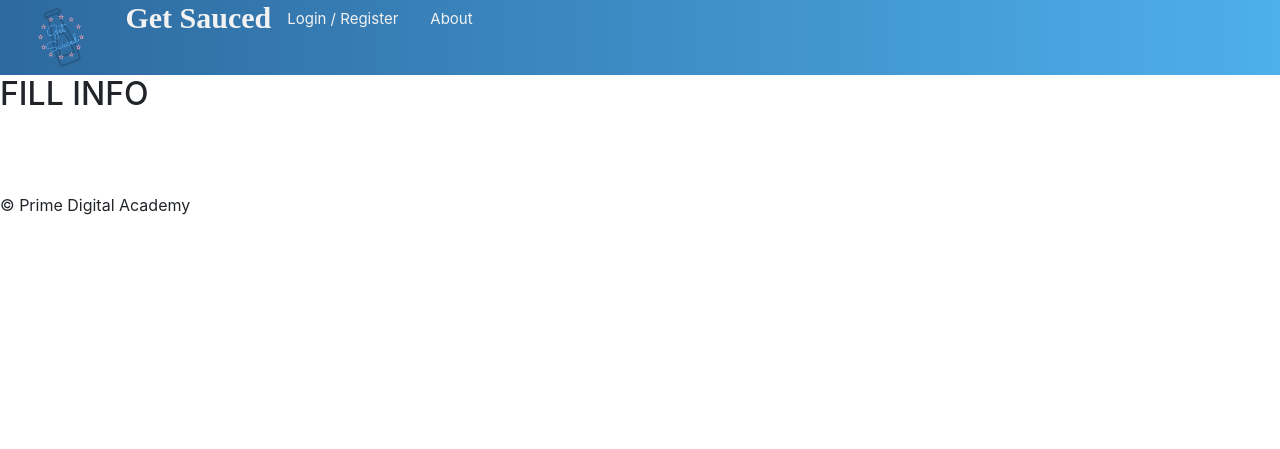
Repository: cossalter18/getSauced
Page: /#/about
These files come from the project's save history. The page is drawn as it stood at one moment and after a run of saves; the edit follows.
The browser window is 1280 px wide. The pictures show the whole page.
The page's requests for data from a server got no answer. The project was rebuilt for these pictures with package versions that can differ from the ones it lists, and the page was loaded fresh each time. No one was signed in, and anything a server would have sent is missing. Also part of the build but not shown: src/components/LogOutButton/LogOutButton.js, src/components/LoginPage/LoginPage.js, src/components/RegisterPage/RegisterPage.js, src/components/ProtectedRoute/ProtectedRoute.js, src/components/AboutPage/AboutPage.css, src/components/UserPage/UserPage.js, src/components/BlogPost/BlogPost.js, src/components/NewPost/NewPost.css and 9 more.

Above is the page before, as saved 2020-06-03 10:00:18.

### src/index.js
import React from 'react';
import ReactDOM from 'react-dom';
import { createStore, applyMiddleware } from 'redux';
import { Provider } from 'react-redux';
import createSagaMiddleware from 'redux-saga';
import logger from 'redux-logger';

import rootReducer from './redux/reducers'; // imports ./redux/reducers/index.js
import rootSaga from './redux/sagas'; // imports ./redux/sagas/index.js

import App from './components/App/App';

import '../node_modules/bootstrap/dist/css/bootstrap.min.css'

const sagaMiddleware = createSagaMiddleware();

// this line creates an array of all of redux middleware you want to use
// we don't want a whole ton of console logs in our production code
// logger will only be added to your project if your in development mode
const middlewareList = process.env.NODE_ENV === 'development' ?
  [sagaMiddleware, logger] :
  [sagaMiddleware];

const store = createStore(
  // tells the saga middleware to use the rootReducer
  // rootSaga contains all of our other reducers
  rootReducer,
  // adds all middleware to our project including saga and logger
  applyMiddleware(...middlewareList),
);

// tells the saga middleware to use the rootSaga
// rootSaga contains all of our other sagas
sagaMiddleware.run(rootSaga);

ReactDOM.render(
  <Provider store={store}>
    <App />
  </Provider>,
  document.getElementById('react-root'),
);

### src/redux/reducers/index.js
import { combineReducers } from 'redux';
import errors from './errorsReducer';
import loginMode from './loginModeReducer';
import user from './userReducer';
import threadReducer from './threadsReducer'
import {reducer as formReducer} from 'redux-form'
import favoritesReducer from './favoritesReducer'
import getDetailsReducer from './getDetailsReducer'
import randomReducer from './randomReducer'

// rootReducer is the primary reducer for our entire project
// It bundles up all of the other reducers so our project can use them.
// This is imported in index.js as rootSaga

// Lets make a bigger object for our store, with the objects from our reducers.
// This is what we get when we use 'state' inside of 'mapStateToProps'
const rootReducer = combineReducers({
  errors, // contains registrationMessage and loginMessage
  loginMode, // will have a value of 'login' or 'registration' to control which screen is shown
  user, // will have an id and username if someone is logged in
  threadReducer,
  formReducer,
  favoritesReducer,
  getDetailsReducer,
  randomReducer
});

export default rootReducer;

### src/redux/sagas/index.js
import { all } from 'redux-saga/effects';
import loginSaga from './loginSaga';
import registrationSaga from './registrationSaga';
import userSaga from './userSaga';
import getThreadSaga from './getThreadsSaga'
import newPostSaga from './newPostSaga'
import deleteSaga from './deleteSaga'
import getFavoritesSaga from './getFavoritesSaga'
import getDetailsSaga from './getDetailsSaga'
import updatePostSaga from './updatePostSaga'
import addFavoritesSaga from './addFavoritesSaga'
import getRandomSaga from './getRandom'
// rootSaga is the primary saga.
// It bundles up all of the other sagas so our project can use them.
// This is imported in index.js as rootSaga

// some sagas trigger other sagas, as an example
// the registration triggers a login
// and login triggers setting the user
export default function* rootSaga() {
  yield all([
    loginSaga(),
    registrationSaga(),
    userSaga(),
    getThreadSaga(),
    newPostSaga(),
    deleteSaga(),
    getFavoritesSaga(),
    getDetailsSaga(),
    updatePostSaga(),
    addFavoritesSaga(),
    getRandomSaga()
  ]);
}

### src/components/App/App.js
import React, {Component} from 'react';
import {
  HashRouter as Router,
  Route,
  Redirect,
  Switch,
} from 'react-router-dom';

import {connect} from 'react-redux';

import Nav from '../Nav/Nav';
import Footer from '../Footer/Footer';

import ProtectedRoute from '../ProtectedRoute/ProtectedRoute'

import AboutPage from '../AboutPage/AboutPage';
import UserPage from '../UserPage/UserPage';
import BlogPost from '../BlogPost/BlogPost';
import NewPost from '../NewPost/NewPost'
import UserFav from '../UserFav/UserFav'
import Profile from '../Profile/Profile'
import BlogInfo from '../BlogInfo/BlogInfo'
import Edit from '../Edit/Edit'

import './App.css';

class App extends Component {
  componentDidMount () {
    this.props.dispatch({type: 'FETCH_USER'})
  }

  render() {
    return (
      <Router>
        <div>
          <Nav />
          <Switch>
            {/* Visiting localhost:3000 will redirect to localhost:3000/home */}
            <Redirect exact from="/" to="/home" />
            {/* Visiting localhost:3000/about will show the about page.
            This is a route anyone can see, no login necessary */}
            <Route
              exact
              path="/about"
              component={AboutPage}
            />

            {/* For protected routes, the view could show one of several things on the same route.
            Visiting localhost:3000/home will show the UserPage if the user is logged in.
            If the user is not logged in, the ProtectedRoute will show the 'Login' or 'Register' page.
            Even though it seems like they are different pages, the user is always on localhost:3000/home */}
            <ProtectedRoute
              exact
              path="/home"
              component={UserPage}
            />
            {/* This works the same as the other protected route, except that if the user is logged in,
            they will see the info page instead. */}
            <ProtectedRoute
              exact
              path="/info"
              component={BlogPost}
            />
            <ProtectedRoute
            exact
            path="/favorite"
            component={UserFav}
            />
            <ProtectedRoute
            exact
            path="/new"
            component={NewPost}
            />
            <ProtectedRoute
            exact
            path="/profile"
            component={Profile}
            />
            <ProtectedRoute
            exact
            path="/blog/:id"
            render={({item})=> <BlogInfo item={item} />}
            component={BlogInfo}
            />
            <ProtectedRoute
            path="/edit/:id"
            component={Edit}
            />
            {/* If none of the other routes matched, we will show a 404. */}
            <Route render={() => <h1>404</h1>} />
          </Switch>
          <Footer />
        </div>
      </Router>
  )}
}

export default connect()(App);

### src/redux/reducers/errorsReducer.js
import { combineReducers } from 'redux';

// loginMessage holds the string that will display
// on the login screen if there's an error
const loginMessage = (state = '', action) => {
  switch (action.type) {
    case 'CLEAR_LOGIN_ERROR':
      return '';
    case 'LOGIN_INPUT_ERROR':
      return 'Enter your username and password!';
    case 'LOGIN_FAILED':
      return 'Oops! The username and password didn\'t match. Try again!';
    case 'LOGIN_FAILED_NO_CODE':
      return 'Oops! Something went wrong! Is the server running?';
    default:
      return state;
  }
};

// registrationMessage holds the string that will display
// on the registration screen if there's an error
const registrationMessage = (state = '', action) => {
  switch (action.type) {
    case 'CLEAR_REGISTRATION_ERROR':
      return '';
    case 'REGISTRATION_INPUT_ERROR':
      return 'Choose a username and password!';
    case 'REGISTRATION_FAILED':
      return 'Oops! That didn\'t work. The username might already be taken. Try again!';
    default:
      return state;
  }
};

// make one object that has keys loginMessage, registrationMessage
// these will be on the redux state at:
// state.errors.loginMessage and state.errors.registrationMessage
export default combineReducers({
  loginMessage,
  registrationMessage,
});

### src/redux/reducers/threadsReducer.js
const threadsReducer = (state = [], action) => {
  switch (action.type) {
    case "SET_THREADS":
      return action.payload;
    default:
      return state;
  }
};

export default threadsReducer;

### src/redux/reducers/favoritesReducer.js
const favoritesReducer = (state = [], action) => {
    switch (action.type) {
        case "SET_FAVORITES":
            return action.payload;
        default:
            return state;
    }
};

export default favoritesReducer;

### src/redux/reducers/getDetailsReducer.js
const getDetailsReducer = (state = {}, action) => {
    switch (action.type) {
        case "SET_DETAILS":
            return action.payload[0];
        default:
            return state;
    }
};

export default getDetailsReducer;

### src/redux/reducers/randomReducer.js
const randomReducer = (state = [], action) => {
    switch (action.type) {
        case "SET_RANDOM":
            return action.payload;
        default:
            return state;
    }
};

export default randomReducer;

### src/redux/sagas/loginSaga.js
import { put, takeLatest } from 'redux-saga/effects';
import axios from 'axios';

// worker Saga: will be fired on "LOGIN" actions
function* loginUser(action) {
  try {
    // clear any existing error on the login page
    yield put({ type: 'CLEAR_LOGIN_ERROR' });

    const config = {
      headers: { 'Content-Type': 'application/json' },
      withCredentials: true,
    };

    // send the action.payload as the body
    // the config includes credentials which
    // allow the server session to recognize the user
    yield axios.post('/api/user/login', action.payload, config);

    // after the user has logged in
    // get the user information from the server
    yield put({type: 'FETCH_USER'});
  } catch (error) {
    console.log('Error with user login:', error);
    if (error.response.status === 401) {
      // The 401 is the error status sent from passport
      // if user isn't in the database or
      // if the username and password don't match in the database
      yield put({ type: 'LOGIN_FAILED' });
    } else {
      // Got an error that wasn't a 401
      // Could be anything, but most common cause is the server is not started
      yield put({ type: 'LOGIN_FAILED_NO_CODE' });
    }
  }
}

// worker Saga: will be fired on "LOGOUT" actions
function* logoutUser(action) {
  try {
    const config = {
      headers: { 'Content-Type': 'application/json' },
      withCredentials: true,
    };

    // the config includes credentials which
    // allow the server session to recognize the user
    // when the server recognizes the user session
    // it will end the session
    yield axios.post('/api/user/logout', config);

    // now that the session has ended on the server
    // remove the client-side user object to let
    // the client-side code know the user is logged out
    yield put({ type: 'UNSET_USER' });

  } catch (error) {
    console.log('Error with user logout:', error);
  }
}

function* loginSaga() {
  yield takeLatest('LOGIN', loginUser);
  yield takeLatest('LOGOUT', logoutUser);
}

export default loginSaga;

### src/redux/sagas/registrationSaga.js
import { put, takeLatest } from 'redux-saga/effects';
import axios from 'axios';

// worker Saga: will be fired on "REGISTER" actions
function* registerUser(action) {
  try {
    // clear any existing error on the registration page
    yield put({ type: 'CLEAR_REGISTRATION_ERROR' });

    // passes the username and password from the payload to the server
    yield axios.post('/api/user/register', action.payload);

    // automatically log a user in after registration
    yield put({ type: 'LOGIN', payload: action.payload });

    // set to 'login' mode so they see the login screen
    // after registration or after they log out
    yield put({type: 'SET_TO_LOGIN_MODE'});
  } catch (error) {
      console.log('Error with user registration:', error);
      yield put({type: 'REGISTRATION_FAILED'});
  }
}

function* registrationSaga() {
  yield takeLatest('REGISTER', registerUser);
}

export default registrationSaga;

### src/redux/sagas/userSaga.js
import axios from 'axios';
import { put, takeLatest } from 'redux-saga/effects';

// worker Saga: will be fired on "FETCH_USER" actions
function* fetchUser() {
  try {
    const config = {
      headers: { 'Content-Type': 'application/json' },
      withCredentials: true,
    };

    // the config includes credentials which
    // allow the server session to recognize the user
    // If a user is logged in, this will return their information
    // from the server session (req.user)
    const response = yield axios.get('/api/user', config);

    // now that the session has given us a user object
    // with an id and username set the client-side user object to let
    // the client-side code know the user is logged in
    yield put({ type: 'SET_USER', payload: response.data });
  } catch (error) {
    console.log('User get request failed', error);
  }
}

function* userSaga() {
  yield takeLatest('FETCH_USER', fetchUser);
}

export default userSaga;

### src/redux/sagas/getThreadsSaga.js
import axios from "axios";
import { put, takeEvery } from "redux-saga/effects";

function* getThreads() {
  try {
    const response = yield axios.get("/api/threads");
    console.log("++++++++++++++", response.data)
    yield put({ type: "SET_THREADS", payload: response.data });

  } catch (error) {
    console.log("Error in GET", error);
  }
}

function* threadSaga() {
  yield takeEvery("GET_THREADS", getThreads);
}

export default threadSaga;

### src/redux/sagas/newPostSaga.js
import axios from "axios";
import { put, takeEvery } from "redux-saga/effects";

function* addPost(action) {
  try {
   console.log("action.payload!!!!!!!!!!!!!", action.payload);
   const response = yield axios.post('/api/threads', action.payload);
   yield put({ type: "GET_THREADS"})

  }catch (error){
      console.log(error);
  }
}

function* newPostSaga() {
  yield takeEvery("NEW_POST", addPost);
}

export default newPostSaga;

//we are going to reuse SET_THREADS reducer

### src/redux/sagas/deleteSaga.js
import axios from "axios";
import { put, takeEvery } from "redux-saga/effects";

function* deletePost(action) {
    try {
        console.log('action.payload =======', action.payload);
        console.log('!!!!!!!!!!!!!!!!!!!!!', action);

        const response = yield axios.delete(`/api/threads/${action.payload}`)
        yield put ({type: "GET_THREADS", payload: response.data})
    } catch (error) {
        console.log("Error in DELETE!!!!!!!!!!!!!!", error);
    }
}

function* deleteSaga() {
    yield takeEvery("DELETE_POST", deletePost);
}

export default deleteSaga;

### src/redux/sagas/getFavoritesSaga.js
import axios from "axios";
import { put, takeEvery } from "redux-saga/effects";

function* getFavorites() {
  try {
    const response = yield axios.get("/api/favorites");
    console.log("!!! FAVORITES !!! ========>", response.data);
    yield put({ type: "SET_FAVORITES", payload: response.data });
  } catch (error) {
    console.log("Error in GET", error);
  }
}

function* getFavoritesSaga() {
  yield takeEvery("GET_FAVORITES", getFavorites);
}

export default getFavoritesSaga;

### src/redux/sagas/getDetailsSaga.js
import axios from "axios";
import { put, takeEvery } from "redux-saga/effects";

function* getDetail(action) {
    try {
        const id = action.payload
        const response = yield axios.get(`/api/threads/blog/${id}`);
        console.log("MADE IT TO getDetail SAGA!!!!!!")
        yield put({ type: "SET_DETAILS", payload: response.data });
    } catch (error) {
        console.log("Error in GET", error);
    }
}

function* getDetailsSaga() {
    yield takeEvery("GET_DETAILS", getDetail);
}

export default getDetailsSaga;

### src/redux/sagas/updatePostSaga.js
import axios from "axios";
import {put, takeEvery } from "redux-saga/effects";

function* updatePost(action) {
    console.log('UpdatePost!!!!!!!!!', action.payload);

    try {
        const response = yield axios.put(`/api/threads/${action.payload.id}`, action.payload)
        console.log('IN UPDATE POST PUT', response);
        // yield put ({type: 'SET_THREADS'})

    } catch (error) {
        console.log(error);
    }
}

function* updatePostSaga() {
    yield takeEvery("UPDATE_POST", updatePost);
}

export default updatePostSaga;

### src/redux/sagas/addFavoritesSaga.js
import axios from "axios";
import { put, takeEvery } from "redux-saga/effects";

function* addFavorites() {
    try {
        const response = yield axios.post("/api/favorites");
        console.log("!!! FAVORITES !!! ========>", response.data);
        yield put({ type: "SET_FAVORITES", payload: response.data });
    } catch (error) {
        console.log("Error in FAVORITES POST", error);
    }
}

function* addFavoritesSaga() {
    yield takeEvery("ADD_FAVORITES", addFavorites);
}

export default addFavoritesSaga;

### src/redux/sagas/getRandom.js
import axios from "axios";
import { put, takeEvery } from "redux-saga/effects";

//https://spoonacular-recipe-food-nutrition-v1.p.rapidapi.com/recipes/random

function* getRandom(action) {
    console.log("IN API REQUEST:", action)
    try {
        const response = yield axios({
            "method": "GET",
            "url": "https://spoonacular-recipe-food-nutrition-v1.p.rapidapi.com/recipes/random",
            "headers": {
                "content-type": "application/octet-stream",
                "x-rapidapi-host": "spoonacular-recipe-food-nutrition-v1.p.rapidapi.com",
                "x-rapidapi-key": "c31d4b7038mshacdc5b1ac5dafd5p11278fjsnc256fb5cf578",
                "useQueryString": true
            }, "params": {
                "number": "1",
                "tags": "sauce"
            }
        })
        yield put({ type: "SET_RANDOM", payload: response.data.recipes });
    } catch (error) {
        console.log("Error in GET", error);
    }
}

function* getRandomSaga() {
    yield takeEvery("GET_RANDOM", getRandom);
}

export default getRandomSaga;

### src/components/Nav/Nav.js
import React from "react";
import { Link } from "react-router-dom";
import { connect } from "react-redux";
import LogOutButton from "../LogOutButton/LogOutButton";
import "./Nav.css";

const Nav = (props) => (
  <div className="nav">
    <Link to="/home">
      <img className="logo" src="GetSauced.png" alt="logo" />
      <h2 className="nav-title">Get Sauced</h2>
    </Link>
    <div className="nav-right">
      <Link className="nav-link" to="/home">
        {/* Show this link if they are logged in or not,
        but call this link 'Home' if they are logged in,
        and call this link 'Login / Register' if they are not */}
        {props.user.id ? "Home" : "Login / Register"}
      </Link>
      {/* Show the link to the info page and the logout button if the user is logged in */}
      {props.user.id && (
        <>
          <Link className="nav-link" to="/info">
            Blog Post
          </Link>
          <Link className="nav-link" to="/favorite">
            Favorites
          </Link>
          <Link className="nav-link" to="/profile">
            Profile
          </Link>
          {/* <LogOutButton className="nav-link" /> */}
        </>

      )}
      {/* Always show this link since the about page is not protected */}
      <Link className="nav-link" to="/about">
        About
      </Link>
    </div>
  </div>
);

// Instead of taking everything from state, we just want the user
// object to determine if they are logged in
// if they are logged in, we show them a few more links
// if you wanted you could write this code like this:
// const mapStateToProps = ({ user }) => ({ user });
const mapStateToProps = (state) => ({
  user: state.user,
});

export default connect(mapStateToProps)(Nav);

### src/components/AboutPage/AboutPage.js
import React, { Component } from 'react';
import { connect } from "react-redux";
import { withRouter } from "react-router";
import './AboutPage.css'



class AboutPage extends Component {

  componentDidMount() {
    this.props.dispatch({ type: 'GET_RANDOM' })
  }



  render() {
    return (
      <div>
        {/* <p>{JSON.stringify(this.props.reduxState.randomReducer)}</p> */}
        <h2>FILL INFO</h2>
        {this.props.reduxState.randomReducer.map((item) => {
          return (
            <div key={item.id}>
              <div className="summary">
                {item.summary}
                </div>
              <div className="summary">
                {item.instructions}
              </div>
            </div>
          )
        })}


      </div>
    )
  }
}

const putStateOnProps = (reduxState) => ({ reduxState });
export default withRouter(connect(putStateOnProps)(AboutPage));

### src/components/App/App.css
body {
    font-family: 'Segoe UI', Tahoma, Geneva, Verdana, sans-serif;
    margin: 0px;
}

.alert {
    background-color: #ff4545;
    margin: 50px;
}

form {
    background-color: #dbd5d5;
    width: 30%;
    height: 250px;
    margin: 20px auto;
    padding: 25px;
    border-radius: 2px;
}

input {
    margin: 5px;
    margin-bottom: 10px;
}

.log-in, .log-out, .register {
  background-image: linear-gradient(to right, #2d699e, #4eafeb);
  border-radius: 4px;
  color: #f8f8f8;
  min-height: 50px;
  min-width: 100px;
  outline:0;
  cursor: pointer;
}

.log-in:hover, .log-out:hover, .register:hover {
  background-color: #008183;
}

/* This line makes the "Register" and "Login" buttons look like links */
.link-button {
    background:none;
    color:inherit;
    border:none;
    padding:0;
    font: inherit;
    outline:0;
    border-bottom:1px solid #444;
    cursor: pointer;
}

### src/components/Nav/Nav.css
.nav-title {
    font-size: 30px;
    font-weight: 700;
    display: inline-block;
    color: #f2f2f2;
    padding-left: 10px;
    font-family: "SignPainter";
}

.nav {
  overflow: hidden;
  background-image: linear-gradient(to right, #2d699e, #4eafeb)
}

.nav-link {
  float: left;
  color: #f2f2f2;
  /* background-color: #00acb0; */
  text-align: center;
  padding: 24px 10px;
  text-decoration: none;
  font-size: 15px;

  /* these last two make the logout button in
  the nav bar look like another link */
  border:none;
  /* cursor: pointer; */
  outline:0;
}

.nav-link:hover {
  background-color: #87A8C5
}

.nav-right {
  float: right;
}

.logo {
  height:75px;
  width: auto;
  float: left;
}

### src/components/BlogPost/BlogPost.css
.nav-right {
  float: right;
  margin-right: 30px;

}

h2 {
  cursor: pointer;
}

.content {
  font-size: 10px;
}

.button{
  margin: 100px;
  padding: 25px;
}


/* .container {
   width: 75%;
    height: 10rem;
    margin: auto;
    background-color:#4eafeb;
    border-radius: 10px;
} */


.container {
    box-sizing: border-box;
    width: 75%;
    height: 10rem;
    margin-top: 35px;
    margin-bottom: 8px;
    background-color:#4eafeb;
    border-radius: 10px;
    /* white-space: nowrap; */
  overflow: hidden;
  text-overflow: ellipsis;
}

.child {
 white-space: nowrap;
  overflow: hidden;
  text-overflow: ellipsis;

}


/*
.child {
 flex: 1;
    height: auto;
    margin: auto;
    border-color: red;
    border-width: 10px;
} */

Loaded but not shown: public/index.html (common file); src/redux/reducers/loginModeReducer.js (common file); src/redux/reducers/userReducer.js (common file); src/components/Footer/Footer.js (common file); src/components/Footer/Footer.css (common file)

After the next 2 saves:
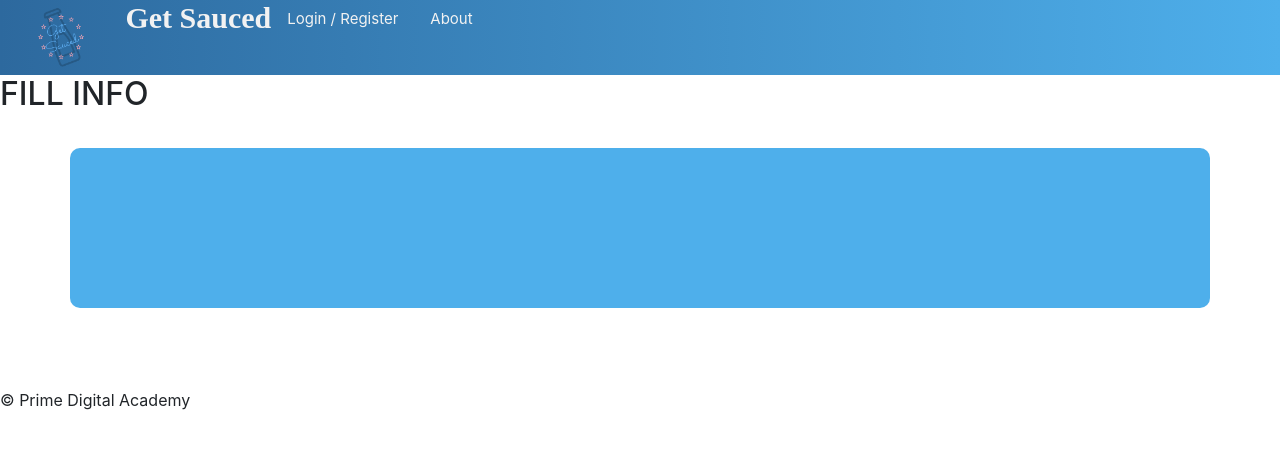
The 2 saves are shown as one change because they came seconds apart.
The last was saved 45 s later.
--- a/src/components/AboutPage/AboutPage.js
+++ b/src/components/AboutPage/AboutPage.js
@@ -18,6 +18,7 @@ class AboutPage extends Component {
       <div>
         {/* <p>{JSON.stringify(this.props.reduxState.randomReducer)}</p> */}
         <h2>FILL INFO</h2>
+        <div className="container"></div>
         {this.props.reduxState.randomReducer.map((item) => {
           return (
             <div key={item.id}>
